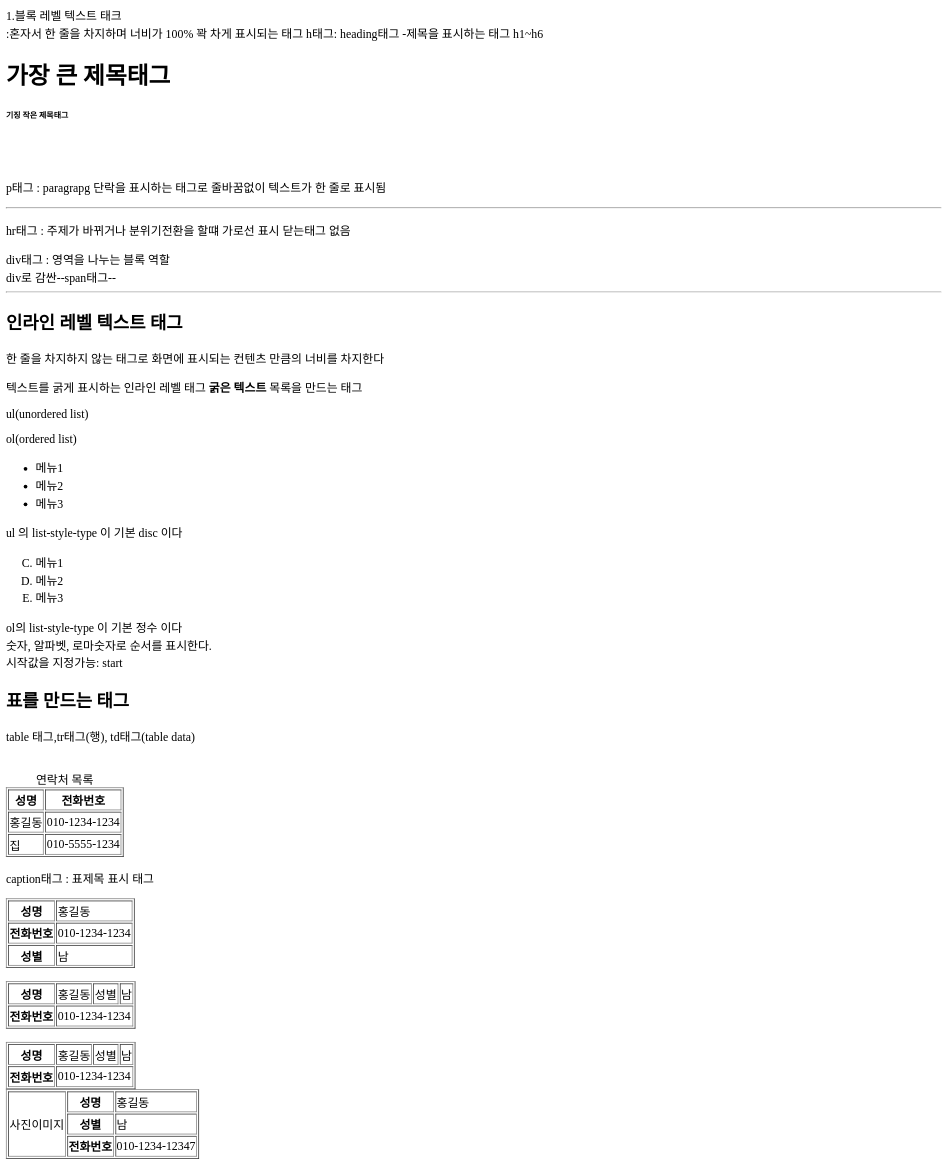
Repository: hana825/Web
Page: web/WebContent/index.html
The author's editor kept a copy of each file at every save. The page is drawn from the files as they stood at one save, then again after the next save.
The browser window is 1280 px wide. The pictures show the whole page, at 74% of full size.

Above is the page before, as saved 2022-03-17 06:27:24.

### web/WebContent/index.html
<!DOCTYPE html>
<html>
<head>
<meta charset="UTF-8">
<title>Insert title here</title>
</head>
<body>
1.블록 레벨 텍스트 태크<br>
:혼자서 한 줄을 차지하며 너비가 100% 꽉 차게 표시되는 태그

h태그: heading태그 -제목을 표시하는 태그 h1~h6
<h1>가장 큰 제목태그</h1>
<h6>기징 작은 제목태그</h6>
<br><br>
<p>
p태그 : paragrapg 단락을 표시하는 태그로
줄바꿈없이 텍스트가 한 줄로 표시됨
</p>
<hr>

<p>
hr태그 : 주제가 바뀌거나 분위기전환을 할떄 가로선 표시
닫는태그 없음
</p>
<div>
div태그 : 영역을 나누는 블록 역할
</div>

<div> div로 감싼<span>--span태그--</span>
</div>


<hr>

<h2>인라인 레벨 텍스트 태그</h2>
<p> 한 줄을 차지하지 않는 태그로 화면에 표시되는 컨텐츠 만큼의 너비를 차지한다
</p>
<!-- 실행에서 제외하고자 하는 코드는 주석처리 -->
텍스트를 굵게 표시하는 인라인 레벨 태그
<strong>굵은 텍스트
</strong>
목록을 만드는 태그
<p>ul(unordered list)</p>
<p>ol(ordered list)</p>
<ul>
	<li>메뉴1</li>
	<li>메뉴2</li>
	<li>메뉴3</li>
</ul>
<p>ul 의 list-style-type 이 기본 disc 이다</p>
<ol start='3' type="A">
	<li>메뉴1</li>
	<li>메뉴2</li>
	<li>메뉴3</li>
</ol>
<p>ol의 list-style-type 이 기본 정수 이다<br>
   숫자, 알파벳, 로마숫자로 순서를 표시한다.<br>
   시작값을 지정가능: start<br>
</p>

<h2>표를 만드는 태그</h2>
<p>table 태그,tr태그(행), td태그(table data)</p><br>

<table border='1'>
	<caption>연락처 목록</caption>
	<tr><th>성명</th><th>전화번호</th></tr>
	<tr><td>홍길동</td><td>010-1234-1234</td></tr>
	<tr><td>집</td><td>010-5555-1234</td></tr>
</table>

<p> caption태그 : 표제목 표시 태그
</p>

<table  border='1'>
	<tr><th>성명</th>
		<td>홍길동</td>
	</tr>
		<tr><th>전화번호</th>
		<td>010-1234-1234</td>
	</tr>
		<tr><th>성별</th>
		<td>남</td>
	</tr>
</table>
<br>
<table  border='1'>
	<tr><th>성명</th>
		<td>홍길동</td>
		<td>성별</td>
		<td>남</td>
	</tr>
		<tr><th>전화번호</th>
		<td colspan='3'>010-1234-1234</td>

</table>
<br>

<table  border='1'>
	<tr><th>성명</th>
		<td>홍길동</td>
		<td>성별</td>
		<td>남</td>
	</tr>
		<tr><th>전화번호</th>
		<td colspan='3'>010-1234-1234</td>

</table>

<table  border='1'>
	<tr><td rowspan ='3'>사진이미지</td>
		<th>성명</th>
		<td>홍길동</td>
	</tr>
	<tr>
		<th>성별</th>
		<td>남</td>
	</tr>
		<tr>
		<th>전화번호</th>
		<td>010-1234-12347</td>
	</tr>

</table>













</body>
</html>

After the next save:
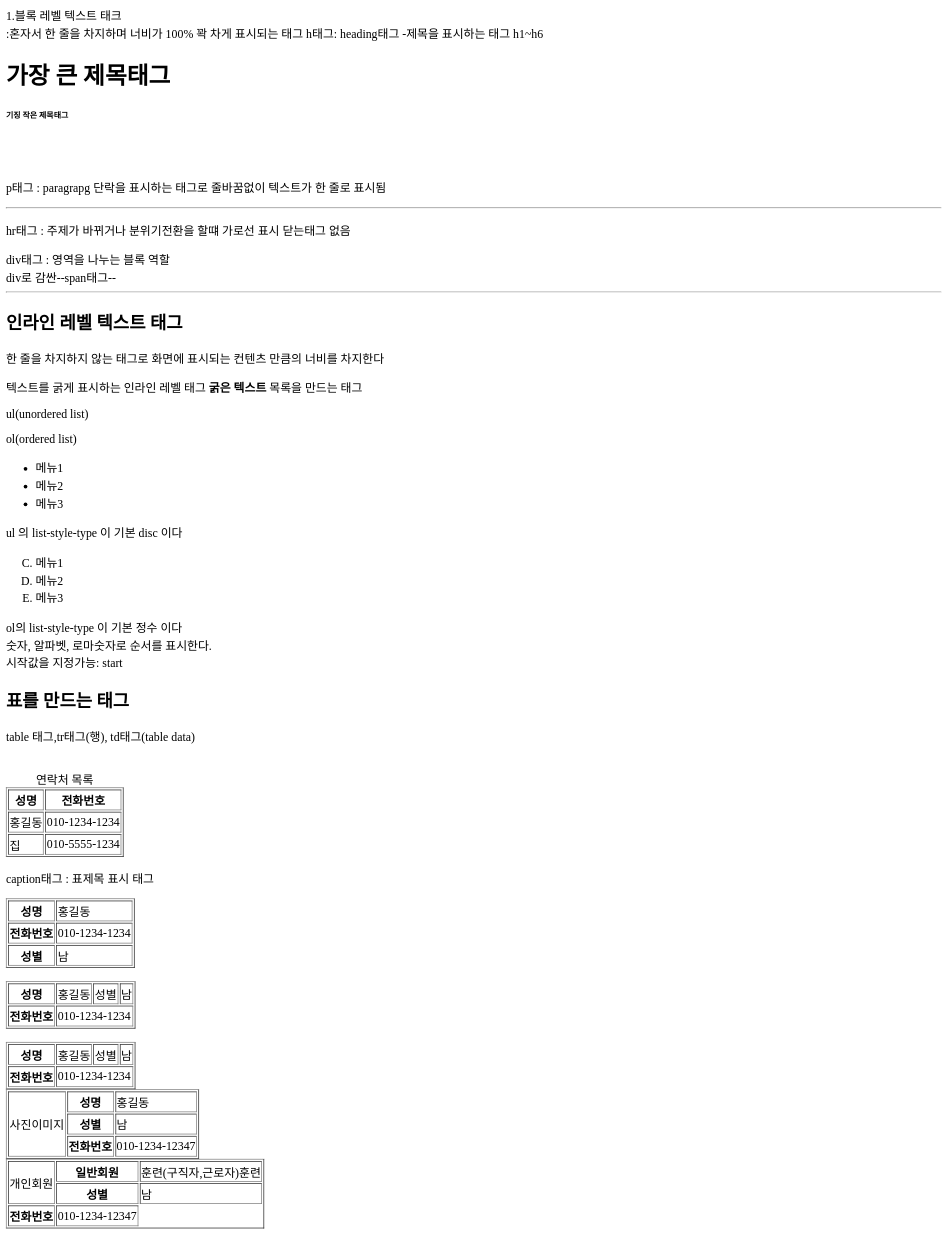
Saved 4 min 3 s later.
--- a/web/WebContent/index.html
+++ b/web/WebContent/index.html
@@ -122,6 +122,22 @@ div태그 : 영역을 나누는 블록 역할
 
 </table>
 
+<table  border='1'>
+	<tr><td rowspan ='2'>개인회원</td>
+		<th>일반회원</th>
+		<td>훈련(구직자,근로자)훈련</td>
+	</tr>
+	<tr>
+		<th>성별</th>
+		<td>남</td>
+	</tr>
+		<tr>
+		<th>전화번호</th>
+		<td>010-1234-12347</td>
+	</tr>
+
+</table>
+
 
 
 
